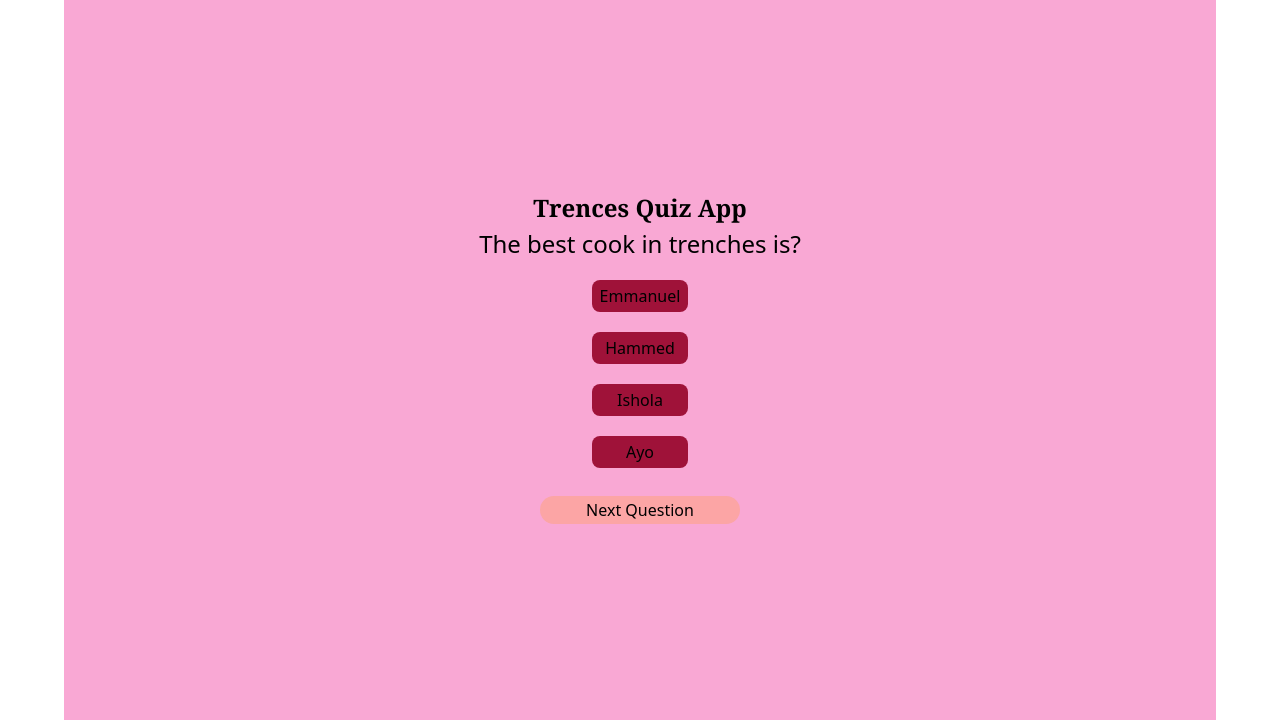
Repository: Semanmernstack/Quiz-react-app
Page: /, after clicking the first element matching `button`
These files come from the project's save history. The page is drawn as it stood at one moment and after the next save; the edit follows.
The browser window is 1280 px wide. The pictures show the whole page.
The project was rebuilt for these pictures with package versions that can differ from the ones it lists, and the page was loaded fresh each time. Also part of the build but not shown: src/components/End.js.

Above is the page before, as saved 2023-01-30 02:11:25.

After the next save:
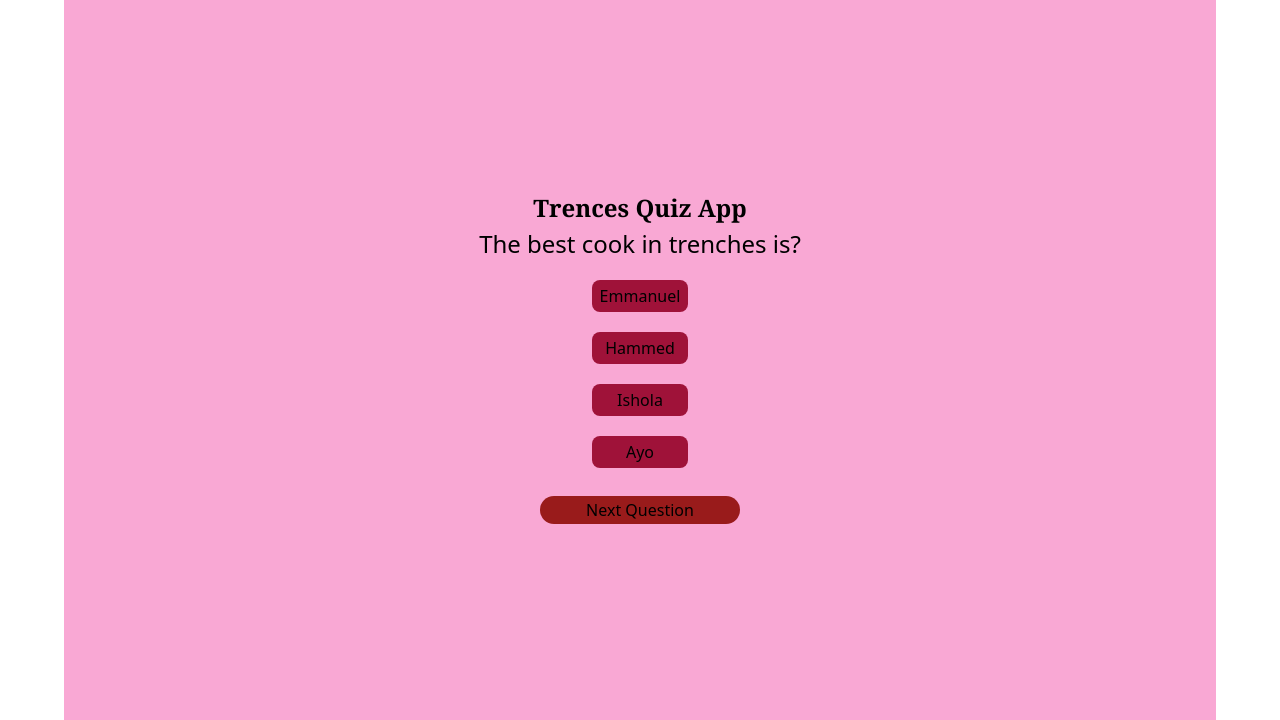
Saved 22 s later.
--- a/src/components/Quiz.js
+++ b/src/components/Quiz.js
@@ -40,7 +40,7 @@ function Quiz() {
           {current === Question.length - 1 ? (
             <button onClick={finishQuiz}>Finished</button>
           ):(
-            <button className="w-[200px] h-7 mt-7 rounded-full bg-red-300" onClick={nextQuestion} >Next Question</button>
+            <button className="w-[200px] h-7 mt-7 rounded-full bg-red-800" onClick={nextQuestion} >Next Question</button>
           )}
 
         </div>
